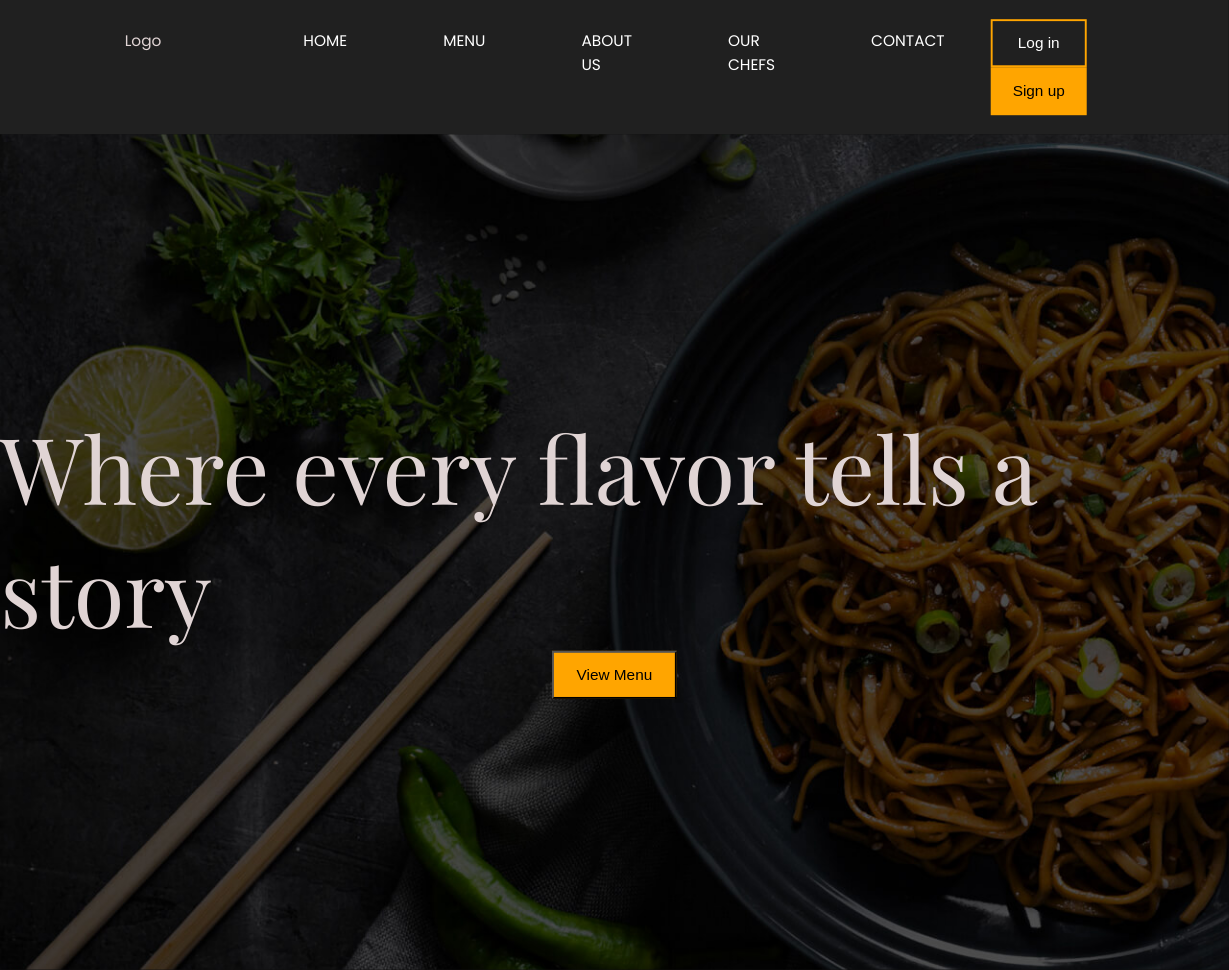
Repository: ThisIsSahaj/NSP
Page: index.html
These files come from the project's save history. The page is drawn as it stood at one moment and after the next save; the edit follows.
The browser window is 1280 px wide. The pictures show the whole page, at 96% of full size.

Above is the page before, as saved 2023-11-06 14:02:49.

### index.html
<!DOCTYPE html>
<html lang="en">
<head>
    <meta charset="UTF-8">
    <meta http-equiv="X-UA-Compatible" content="IE=edge">
    <meta name="viewport" content="width=device-width, initial-scale=1.0">
    <title>Hungy</title>
    <link rel="stylesheet" href="style.css">
</head>
<body>
    <header>

        <nav class="nav">
            <div class="logo">
                Logo
            </div>
            <div class="menu">
                <ul>
                   <a href=""> <li>Home</li> </a>
                   <a href=""> <li>Menu</li> </a>
                   <a href=""> <li>About Us</li> </a>
                   <a href=""> <li>Our Chefs</li> </a>
                   <a href=""> <li>Contact</li> </a>
            </ul>
        </div>
        <div class="button">
            <button class="login">Log in</button>
            <button class="signup">Sign up</button>
        </div>
    </nav>
</header>

<div class="sec1">
    Where every flavor tells a story
    <button class="viewMenu">View Menu</button>
</div>
</body>
</html>

### style.css
@import url('https://fonts.googleapis.com/css2?family=Poppins:wght@300;400;500;600;700&family=Roboto:wght@100;300;400;500;700;900&display=swap');

@import url('https://fonts.googleapis.com/css2?family=Playfair+Display:wght@400;500;600;700;800;900&family=Poppins:wght@300;400;500;600;700&family=Roboto:wght@100;300;400;500;700;900&display=swap');


*{
    margin: 0px;
    padding: 0px;
    box-sizing: border-box;

}

body{
    background-color: #0F0F0F;
    font-family: 'Poppins', sans-serif;
    color: rgb(224, 212, 212);
}

header{
    margin-top: 0px;
    background-color: #202020;
    padding: 20px;
}
nav{
    display: flex;
    flex-direction: row;
    justify-content: space-around;
}

ul {
    display: flex;
    flex-direction: row;
    list-style: none;
    /* border: 2px solid green; */
}
a {
    color: #fff;
    text-transform: uppercase;
    text-decoration: none;
    /* letter-spacing: 0.15em;      */
    /* display: inline-block; */
    /* padding: 15px 20px; */
    position: relative;
    /* border: 2px solid red; */
}
a:after {
    background: none repeat scroll 0 0 transparent;
    bottom: 0;
    content: "";
    display: block;
    height: 2px;
    left: 50%;
    position: absolute;
    background: #fff;
    transition: width 0.3s ease 0s, left 0.3s ease 0s;
    width: 0;
    margin-bottom: 10px;
}

a:hover:after {
    width: 100%;
    left: 0;
    background-color:orange;
}


.logo{
    width: 20%;
    margin: 10px;
    display: flex;
    justify-content: center;
    /* border: 2px solid hotpink; */

}
.menu ul li{
    margin: 10px 50px;

}

.menu{
    width: 60%;
    display: flex;
    justify-content: center;
    /* border: 2px solid blue; */

}
.button{
    width: 20%;
    /* border: 2px solid hotpink; */
}
button {
    height: 50px;
    width: 100px;
    margin: 0px 10px;
    /* border-radius: 50px; */
    background-color: orange;
    font-size: 16px;
    cursor: pointer;
}
.login{
border: 2px solid orange;
background-color: transparent;
color: white;

}

.login:hover {
    background-color: orange;
    color: black;
}
.signup{
    border: none;
}
.signup:hover{
    background-color: transparent;
    color: white;
    border: 2px solid orange;
}

.viewMenu{
    width: 130px;
    height: 50px;
}

.sec1{
    /* border: 2px solid red; */
    height: 870px;
    width: 100%;
    background-image: url("assets/images/hero-slider-1.jpg");

    display: flex;
    flex-direction: column;
    justify-content: center;
    align-items: center;
    font-size: 96px;
    font-family: "Playfair Display";
}

After the next save:
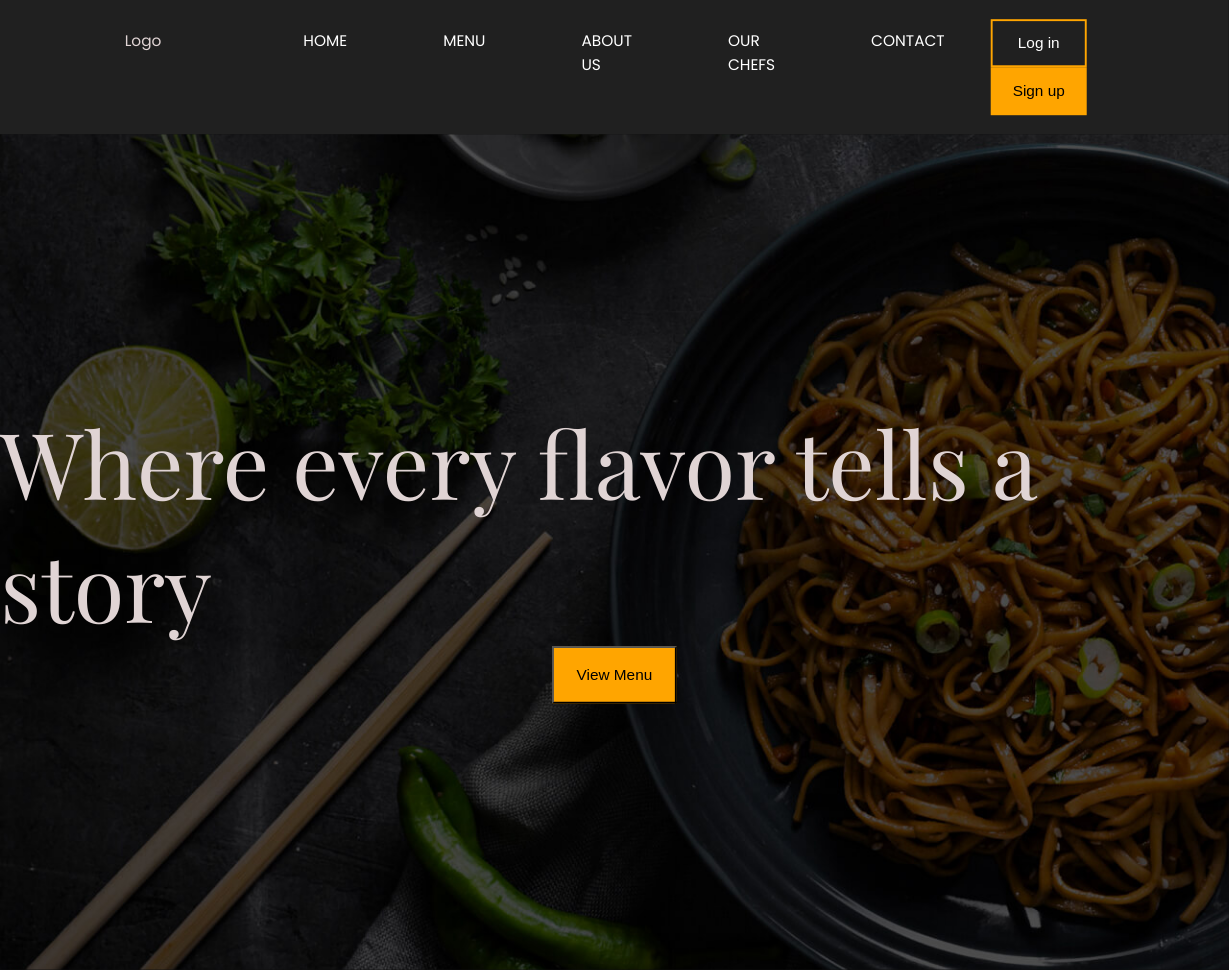
Saved 4 s later.
--- a/style.css
+++ b/style.css
@@ -119,7 +119,7 @@ color: white;
 
 .viewMenu{
     width: 130px;
-    height: 50px;
+    height: 60px;
 }
 
 .sec1{
